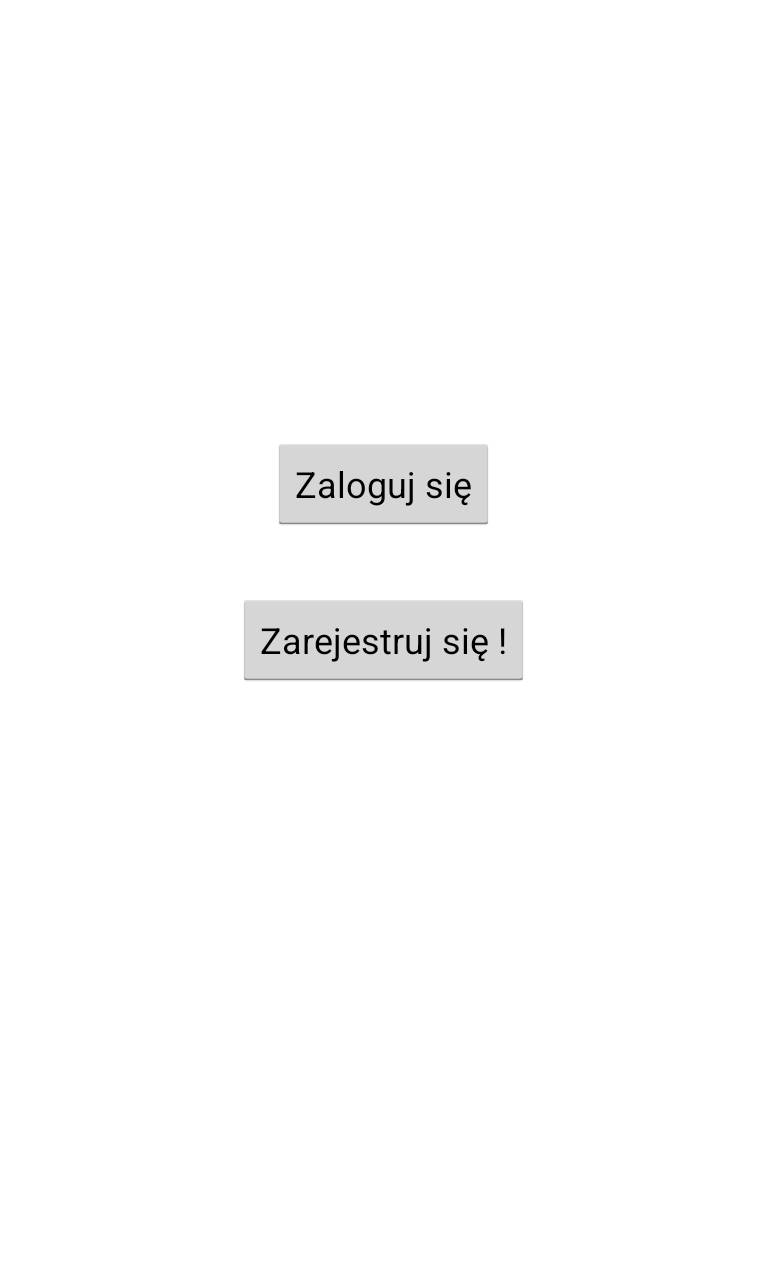
Repository: Radioaktywny/MaciekJava
Layout: ZnajdzTo/res/layout/activity_main.xml
An editor plug-in stored every save of this project. The layout is shown before and after the next save, followed by the edit.
It is drawn on a 768 x 1280 px phone screen (xhdpi) without system bars, with theme android:Theme.Holo.Light.DarkActionBar; the app's code is not run.

Above is the layout before, as saved 2015-10-16 12:51:22.

After the next save:
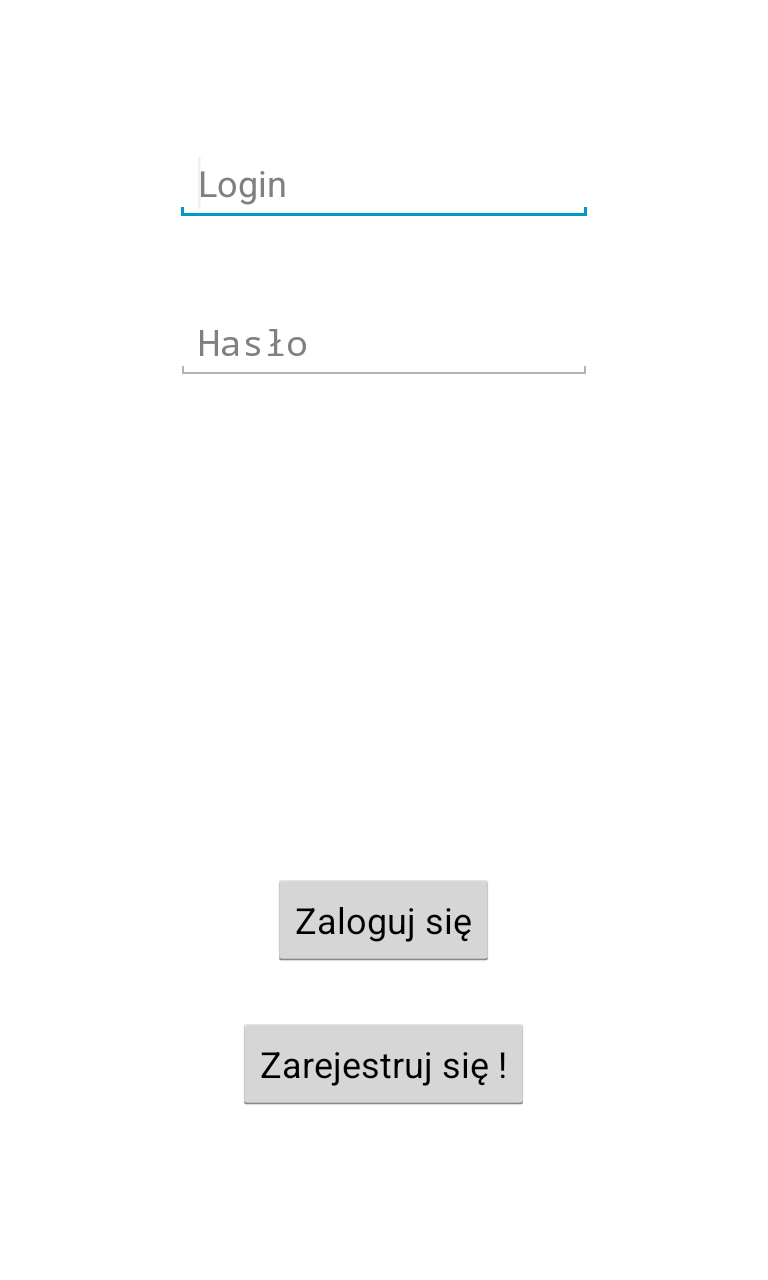
Saved 31 s later.
--- a/ZnajdzTo/res/layout/activity_main.xml
+++ b/ZnajdzTo/res/layout/activity_main.xml
@@ -9,22 +9,46 @@
     tools:context="com.example.znajdzto.MainActivity" >
 
     <Button
+        android:id="@+id/button2"
+        android:layout_width="wrap_content"
+        android:layout_height="wrap_content"
+        android:layout_alignParentBottom="true"
+        android:layout_centerHorizontal="true"
+        android:layout_marginBottom="68dp"
+        android:text="@string/rejestracja" />
+
+    <Button
         android:id="@+id/button1"
+        android:layout_width="wrap_content"
+        android:layout_height="wrap_content"
+        android:layout_above="@+id/button2"
+        android:layout_centerHorizontal="true"
+        android:layout_marginBottom="24dp"
+        android:onClick="LadujDrugaAktywnosc"
+        android:text="@string/zaloguj" />
+
+    <EditText
+        android:id="@+id/editText1"
         android:layout_width="wrap_content"
         android:layout_height="wrap_content"
         android:layout_alignParentTop="true"
         android:layout_centerHorizontal="true"
-        android:layout_marginTop="202dp"
-        android:onClick="LadujDrugaAktywnosc"
-        android:text="@string/zaloguj" />
+        android:layout_marginTop="56dp"
+        android:ems="10"
+        android:hint="@string/login" >
 
-    <Button
-        android:id="@+id/button2"
+        <requestFocus />
+    </EditText>
+
+    <EditText
+        android:id="@+id/editText2"
         android:layout_width="wrap_content"
         android:layout_height="wrap_content"
-        android:layout_below="@+id/button1"
-        android:layout_centerHorizontal="true"
-        android:layout_marginTop="30dp"
-        android:text="@string/rejestracja" />
+        android:layout_alignLeft="@+id/editText1"
+        android:layout_below="@+id/editText1"
+        android:layout_marginTop="40dp"
+        android:ems="10"
+        android:hint="@string/haslo"
+        android:inputType="textPassword" />
 
 </RelativeLayout>
